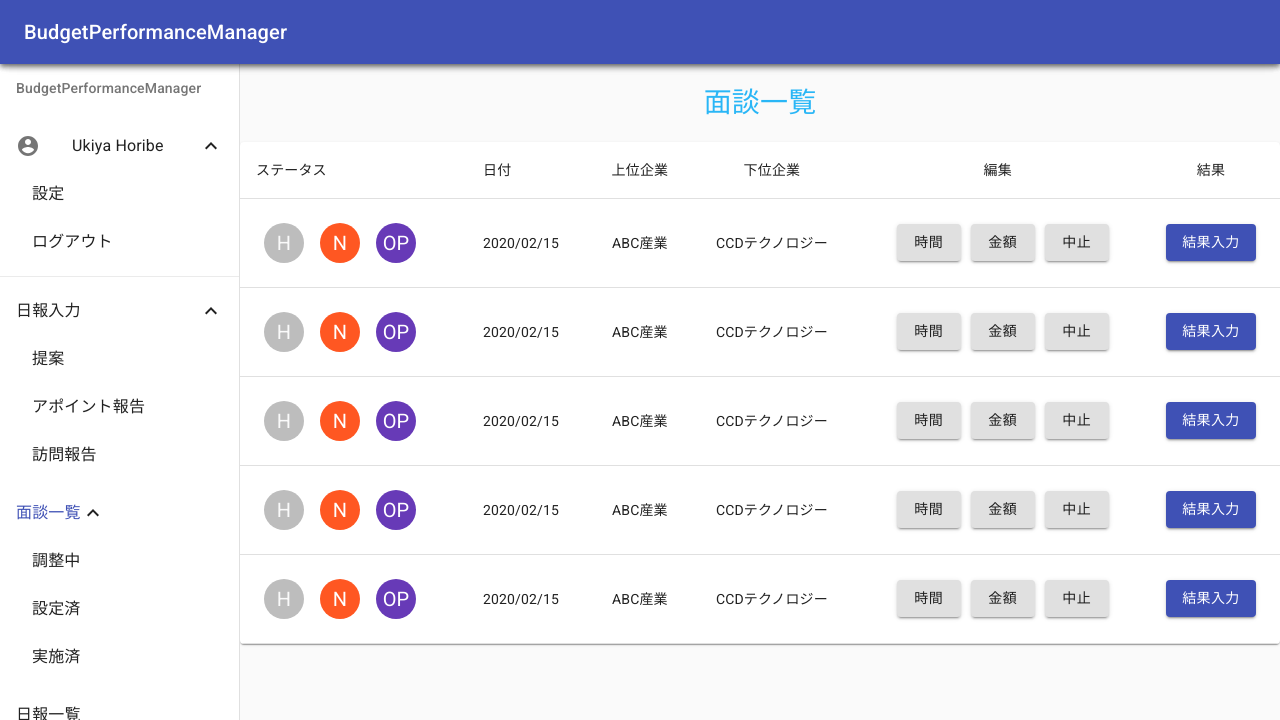
Repository: ukiyah/test
Page: /list_interview (app in src/)
These files come from the project's save history. The page is drawn as it stood at one moment and after a run of saves; the edit follows.
The browser window is 1280 px wide. The pictures show the whole page.
The project was rebuilt for these pictures with package versions that can differ from the ones it lists, and the page was loaded fresh each time. Also part of the build but not shown: src/proposal/Table.js, src/proposal/list_proposal.js, src/Title.js, src/Chart.js, src/Deposits.js, src/Orders.js, src/Dashboard.js.

Above is the page before, as saved 2020-02-25 17:25:54.

After the next 3 saves:
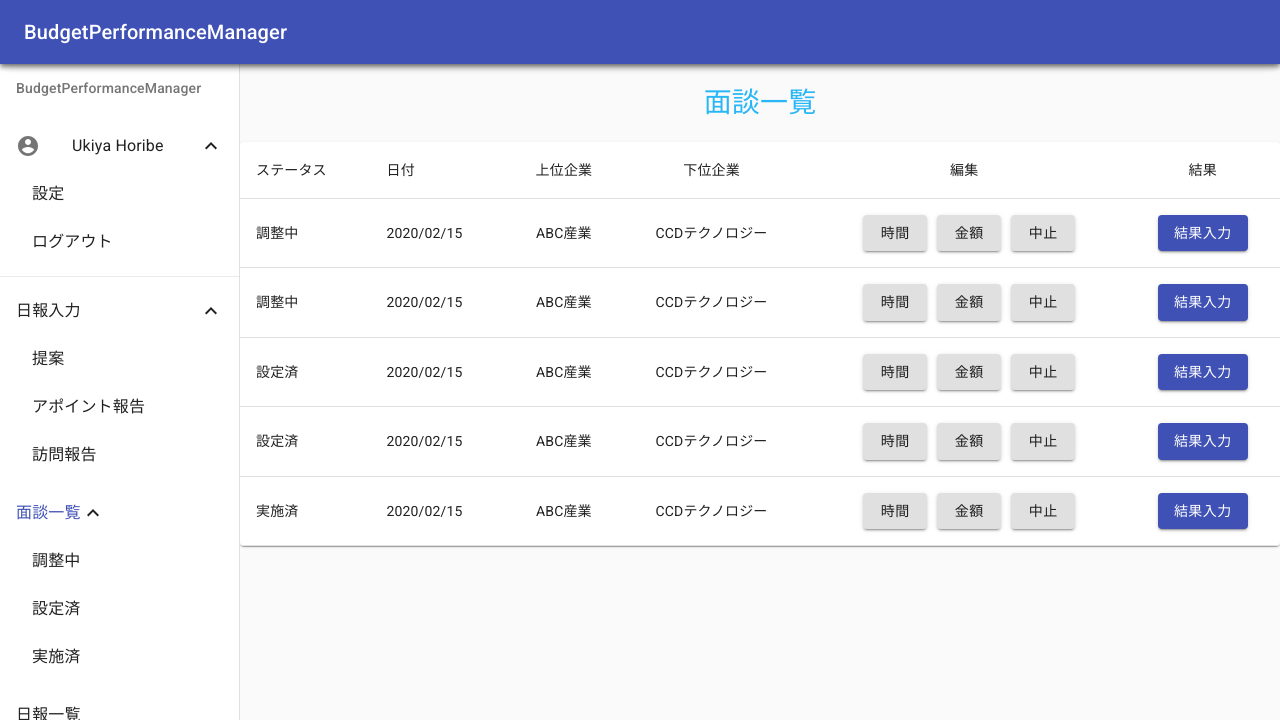
The 3 saves are shown as one change because 2 did not build or start.
The last was saved 3 min 53 s later.
--- a/src/interview/Table.js
+++ b/src/interview/Table.js
@@ -10,7 +10,7 @@ import Paper from '@material-ui/core/Paper';
 import ContainedButtons from "../Button";
 import Button from '@material-ui/core/Button';
 import Drawer from "../Drawer";
-import Avatar from "./Avatar";
+import Avatar from "./Avatar"
 
 const useStyles = makeStyles({
   table: {
@@ -51,7 +51,7 @@ export default function SimpleTable() {
           <TableBody>
             {rows.map(row => (
               <TableRow key={row.date}>
-                <TableCell><Avatar status={row.status} /></TableCell>
+                <TableCell>{row.status}</TableCell>
                 <TableCell component="th" scope="row">
                   {row.date}
                 </TableCell>
--- a/src/interview/Avatar.js
+++ b/src/interview/Avatar.js
@@ -26,7 +26,7 @@ export default function LetterAvatars() {
   return (
     <div className={classes.root}>
       <Avatar>H</Avatar>
-      <Avatar className={classes.orange}>N</Avatar>
+      <Avatar className={classes.orange}>{this.props.status}</Avatar>
       <Avatar className={classes.purple}>OP</Avatar>
     </div>
   );
